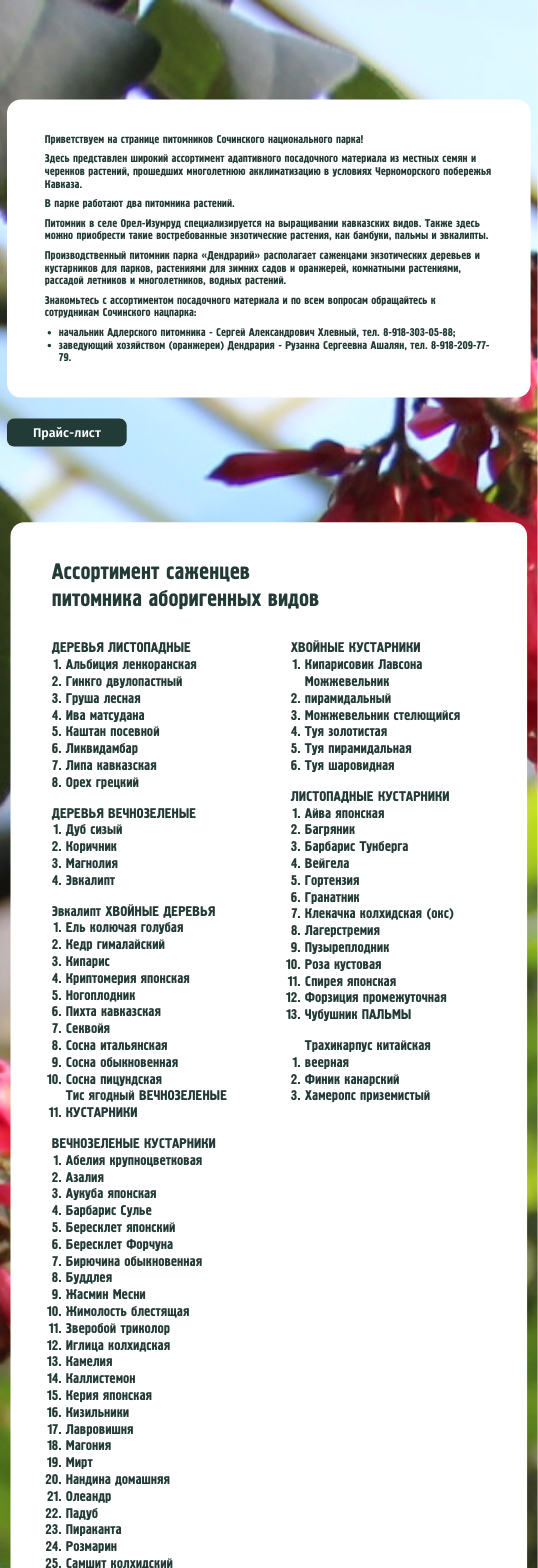
Repository: sem1103/np-sochi
Page: index.html
An editor plug-in stored every save of this project. The page is shown before and after the next save, followed by the edit.
The browser window is 768 px wide. The pictures show the part of the page from y = 0 to 2240 px (the page is 4139 px tall before and 3939 px after), at 70% of full size.

Above is the page before, as saved 2024-01-17 22:30:51.

After the next save:
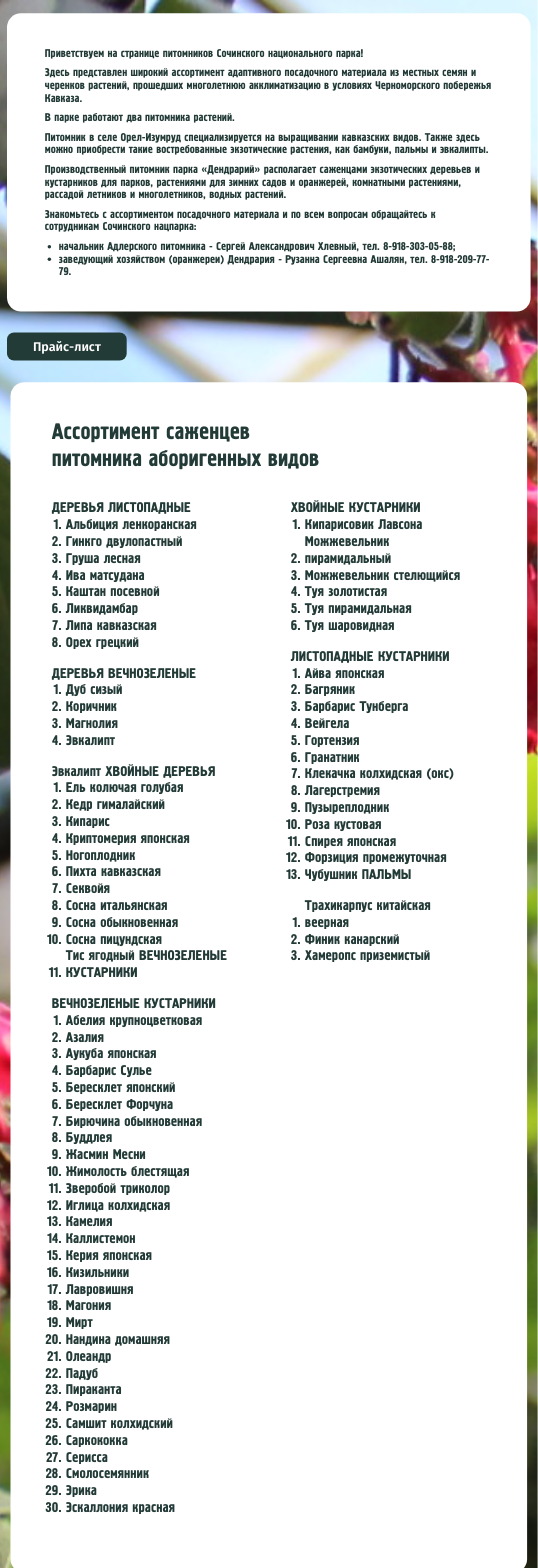
Saved 84 s later.
--- a/styles/main.css
+++ b/styles/main.css
@@ -115,4 +115,8 @@ ol button{
     }
 
 }
-@media only screen and (max-width:1000px)
+@media only screen and (max-width:768px){
+    .top__text{
+        padding: 19px 10px 31px 10px;
+    }
+}
